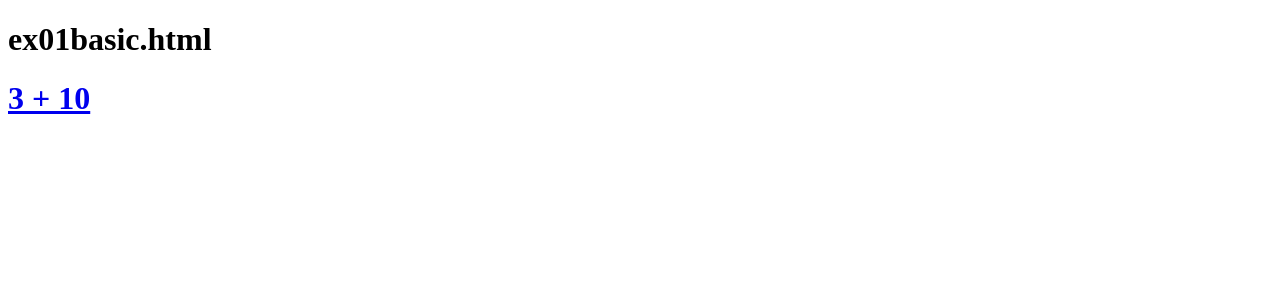
Repository: pyeonm30/PYMjspWorkspace
Page: basicJSP/src/main/webapp/01_basic/ex01basic.html
An editor plug-in stored every save of this project. The page is shown before and after the next save, followed by the edit.
The browser window is 1280 px wide. The pictures show the whole page.

Above is the page before, as saved 2024-01-29 08:07:43.

After the next save:
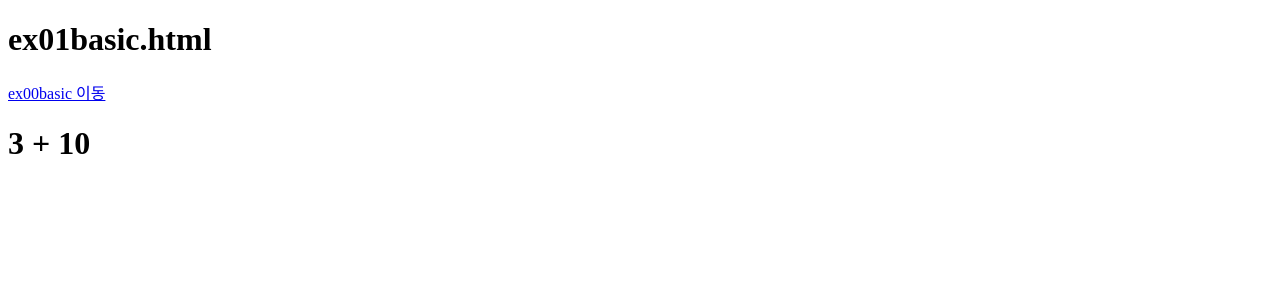
Saved 14 s later.
--- a/basicJSP/src/main/webapp/01_basic/ex01basic.html
+++ b/basicJSP/src/main/webapp/01_basic/ex01basic.html
@@ -5,7 +5,7 @@
 <title>Insert title here</title>
 </head>
 <body><h1> ex01basic.html</h1>
-<a href="./ex00basic.jsp" />
+<a href="./ex00basic.jsp"> ex00basic 이동 </a>
 <h1> 3 + 10 </h1>
 </body>
 </html>
